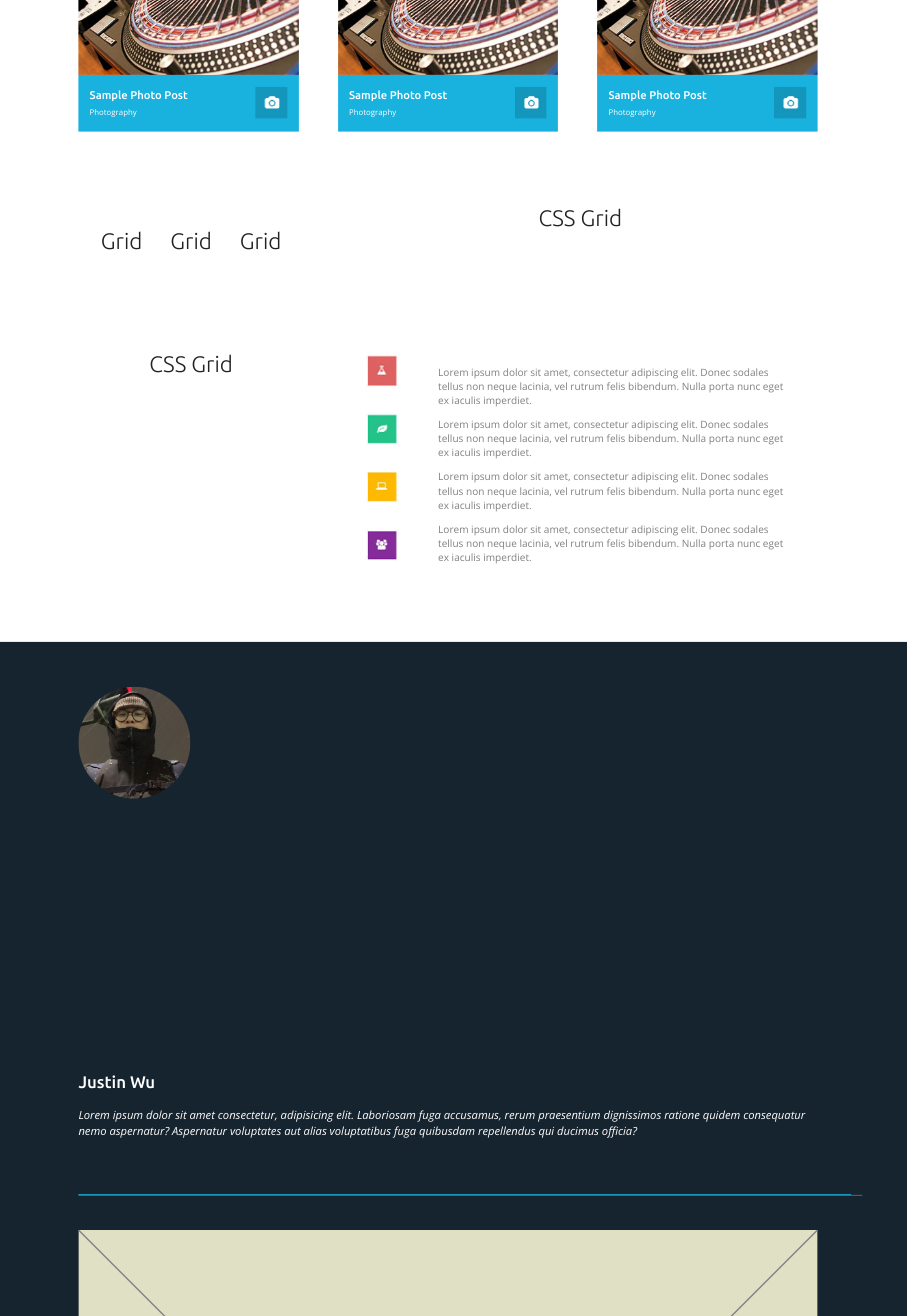
Repository: justinweiyungwu/week4project1v2
Page: cssgrid/index.html
An editor plug-in stored every save of this project. The page is shown before and after the next save, followed by the edit.
The browser window is 1280 px wide. The page is 1296 px wide, so the pictures cover 1296 px, including what lies to the right of the window. The pictures show the part of the page from y = 2050 to 3930 px (the page is 11588 px tall before and 11714 px after), at 70% of full size.

Above is the page before, as saved 2023-02-03 16:11:57.

### cssgrid/index.html
<!doctype html>
<html class="no-js" lang="en">

<head>
    <meta charset="utf-8">
    <title>Metrolics: Justin, Kyle, Jacob</title>
    <meta name="description" content="">
    <meta name="viewport" content="width=device-width, initial-scale=1">

    <link rel="manifest" href="site.webmanifest">
    <link rel="apple-touch-icon" href="icon.png">
    <!-- Place favicon.ico in the root directory -->

    <!-- Google Fonts used in Metrolics layout -->
    <link rel="preconnect" href="https://fonts.googleapis.com">
    <link rel="preconnect" href="https://fonts.gstatic.com" crossorigin>
    <link
        href="https://fonts.googleapis.com/css2?family=Open+Sans:ital,wght@0,400;0,700;1,400&family=Ubuntu:ital,wght@0,300;0,500;1,300&display=swap"
        rel="stylesheet">

    <link rel="stylesheet" href="css/normalize.css">
    <link rel="stylesheet" href="css/main.css">

    <meta name="theme-color" content="#fafafa">
</head>

<body>
    <header>
        <div class="navbar">
            <div class="item1">
                <h1>Metrolics</h1>
            </div>
            <div class="item2">
                <img class="menu" src="img/burger.png" alt="menu">
            </div>


        </div>


    </header>
    <div class="top row-col-container">
        <div class="row">
            <div class="col">
                <h1 class="top-rol-col-text">Hello guys!
                    This is the Metrolics theme. It sports a responsive layout with a mobile layout.
                </h1>
            </div>
        </div>
    </div>
    <div class="s-hide m-hide">
        <div class="row">
            <div class="col">
                <h1>CSS Grid</h1>
            </div>
        </div>
    </div>
    <div class="top title-container">
        <h1 class="top-title">Things That We Do</h1>
        <p>Ask us what we can do for you</p>
    </div>
    <div class="middle row-col-container">
        <div class="row m-col-2 l-col-4">
            <div class="col">

                <img src="img/Web-Solution-Icon.png" alt="">
            </div>
            <div class="col">
                <img src="img/Photography-Icon.png" alt="">
            </div>
            <div class="col">
                <img src="img/Web-Development-Icon.png" alt="">
            </div>
            <div class="col">
                <img src="img/Web-Design-Icon.png" alt="">
            </div>
        </div>
    </div>

    <div class="title-container">
        <h1 class="middle-title">What's Up Lately?</h1>
        <p>Read up on our latest work</p>
    </div>

<div class="row m-col-2 l-col-3">
    <div class="sml-photo col">
        <img src="img/Dj-Deck.png" alt="image">
        <div class="row-bottom-col">
            <div class="left-text">
                <h2>Sample Photo Post</h2>
                <p>Photography</p>
            </div>
            <div class="right-box">
                <img src="img/camera.png" alt="image">
            </div>
        </div>
    </div>
    <div class="sml-photo col">
        <img src="img/Dj-Deck.png" alt="image">
        <div class="row-bottom-col">
            <div class="left-text">
                <h2>Sample Photo Post</h2>
                <p>Photography</p>
            </div>
            <div class="right-box">
                <img src="img/camera.png" alt="image">
            </div>
        </div>
    </div>
    <div class="sml-photo col">
        <img src="img/Dj-Deck.png" alt="image">
        <div class="row-bottom-col">
            <div class="left-text">
                <h2>Sample Photo Post</h2>
                <p>Photography</p>
            </div>
            <div class="right-box">
                <img src="img/camera.png" alt="image">
            </div>
        </div>
    </div>

    <div class="sml-photo mission col">
        <img src="img/mission.jpg" alt="image">
        <div class="row-bottom-col">
            <div class="left-text">
                <h2>Sample Photo Post</h2>
                <p>Photography</p>
            </div>
            <div class="right-box">
                <img src="img/camera.png" alt="image">
            </div>
        </div>
    </div>
</div>
        <div class="title-container">
            <h1>Our Latest Projects</h1>
            <p>Cilent happy? We are happy.</p>
        </div>

    <div class="row m-col-2 l-col-3">
    <div class="sml-photo col">
        <img src="img/Dj-Deck.png" alt="image">
        <div class="row-bottom-col">
            <div class="left-text">
                <h2>Sample Photo Post</h2>
                <p>Photography</p>
            </div>
            <div class="right-box">
                <img src="img/camera.png" alt="image">
            </div>
        </div>
    </div>
    <div class="sml-photo col">
        <img src="img/Dj-Deck.png" alt="image">
        <div class="row-bottom-col">
            <div class="left-text">
                <h2>Sample Photo Post</h2>
                <p>Photography</p>
            </div>
            <div class="right-box">
                <img class="icon" src="img/camera.png" alt="image">
            </div>
        </div>
    </div>


    <div class="sml-photo col">
        <img src="img/Dj-Deck.png" alt="image">
        <div class="row-bottom-col">
            <div class="left-text">
                <h2>Sample Photo Post</h2>
                <p>Photography</p>
            </div>
            <div class="right-box">
                <img src="img/camera.png" alt="image">
            </div>
        </div>
    </div>


    <div class="sml-photo col">
        <img src="img/Dj-Deck.png" alt="image">
        <div class="row-bottom-col">
            <div class="left-text">
                <h2>Sample Photo Post</h2>
                <p>Photography </p>
            </div>
            <div class="right-box">
                <img src="img/camera.png" alt="image">
            </div>
        </div>
    </div>



    <div class="sml-photo col">
        <img src="img/Dj-Deck.png" alt="image">
        <div class="row-bottom-col">
            <div class="left-text">
                <h2>Sample Photo Post</h2>
                <p>Photography</p>
            </div>
            <div class="right-box">
                <img src="img/camera.png" alt="image">
            </div>
        </div>
    </div>
    <div class="sml-photo col">
        <img src="img/Dj-Deck.png" alt="image">
        <div class="row-bottom-col">
            <div class="left-text">
                <h2>Sample Photo Post</h2>
                <p>Photography</p>
            </div>
            <div class="right-box">
                <img src="img/camera.png" alt="image">
            </div>
        </div>
    </div>
    </div>
    </div>
</div>


    <div class="bottom">
        <div class="row m-col-3 l-col-2">
            <div class="col m-row-span">
                <div class="grid m-col-3">
                    <div class="col">
                        <h1>Grid</h1>
                    </div>
                    <div class="col">
                        <h1>Grid</h1>
                    </div>
                    <div class="col">
                        <h1>Grid</h1>
                    </div>

                </div>
            </div>
            <div class="col">
                <h1>CSS Grid</h1>
            </div>
            <div class="col">
                <h1>CSS Grid</h1>
            </div>
            <div class="row-bottom grid-container">
                <div class="row m-col-3 l-col-2 ">
                    <div class="bottom-icons col">
                        <img src="img/Potion-Icon.png">
                        <img src="img/Leaf-Icon.png">
                        <img src="img/Computer-Icon.png">
                        <img src="img/People-Icon.png">
                    </div>
                    <div class="bottom-text col">
                        <p>Lorem ipsum dolor sit amet, consectetur adipiscing elit. Donec sodales tellus non neque lacinia, vel rutrum felis bibendum. Nulla porta nunc eget ex iaculis imperdiet.</p>
                        <p>Lorem ipsum dolor sit amet, consectetur adipiscing elit. Donec sodales tellus non neque lacinia, vel rutrum felis bibendum. Nulla porta nunc eget ex iaculis imperdiet.</p>
                        <p>Lorem ipsum dolor sit amet, consectetur adipiscing elit. Donec sodales tellus non neque lacinia, vel rutrum felis bibendum. Nulla porta nunc eget ex iaculis imperdiet.</p>
                        <p>Lorem ipsum dolor sit amet, consectetur adipiscing elit. Donec sodales tellus non neque lacinia, vel rutrum felis bibendum. Nulla porta nunc eget ex iaculis imperdiet.</p>
                    </div>
            </div>
        </div>
    </div>
    <footer>
        <div class="footer-grid-container">
            <div class="top-footer-image row">
                <div class="top-footer col">
                    <img class="footer-image" src="img/me.jpg" alt="image">
                </div>
            </div>
            <div class="top-footer-info row">
                <div class="top-footer col">
                    <h2>Justin Wu</h2>
                    <p>Lorem ipsum dolor sit amet consectetur, adipisicing elit.
                        Laboriosam fuga accusamus, rerum praesentium dignissimos ratione quidem consequatur nemo
                        aspernatur? Aspernatur voluptates aut alias voluptatibus fuga quibusdam repellendus qui ducimus
                        officia?</p>
                </div>
            </div>
        </div>
        <hr class="top-footer border">
        <hr class="top-footer border1">
        <div class="mid-footer row">
            <div class="mid-footer col">
                <img src="placeholder.svg" alt="">
                <img src="placeholder.svg" alt="">
                <img src="placeholder.svg" alt="">
                <img src="placeholder.svg" alt="">
                <img src="placeholder.svg" alt="">
            </div>
            <div class="mid-footer col">
                <h2>Recent Tweets</h2>
                <hr class="title-border">
            </div>
            <div class="grid-container two">
                <div class="bottom-footer row">
                    <div class="bottom-footer col">
                        <img src="placeholder.svg" alt="">
                        <img src="placeholder.svg" alt="">
                    </div>
                </div>
                <div class="bottom-footer row">
                    <div class="bottom-footer col">
                        <p>Lorem ipsum dolor sit amet consectetur adipisicing elit. Provident fuga ad cum beatae,
                            eveniet hic incidunt commodi aperiam eligendi alias adipisci delectus quas quaerat sunt
                            accusantium dignissimos id esse possimus.</p>
                        <p>Lorem ipsum dolor sit amet consectetur adipisicing elit. Provident fuga ad cum beatae,
                            eveniet hic incidunt commodi aperiam eligendi alias adipisci delectus quas quaerat sunt
                            accusantium dignissimos id esse possimus.</p>
                    </div>
                </div>
            </div>
        </div>
    </footer>
    <script src="js/vendor/modernizr-3.11.2.min.js"></script>
    <script src="js/plugins.js"></script>
    <script src="js/main.js"></script>

</body>

</html>

### cssgrid/css/main.css
/* ==========================================================================
    [Table of contents]

    1. BASE
        1.1 Page Rendering Defaults
        1.2 Core Styling
        1.3 Typography
    2. LAYOUT
        2.1 Core Layout
        2.2 Small only
        2.3 medium and up
        2.4 Medium only
        2.5 large screens and up
        2.6 Large only
    3. MODULES
    4. STATES
    5. THEME
    6. UTILITY classes
    7. PRINT

    refer to http://smacss.com/
    ========================================================================== */


/* ==========================================================================
   BASE
   ========================================================================== */


/* 1.1 Page Rendering Defaults */

html {
    color: #222;
    font-size: 1em;
    line-height: 1.4;

}

::-moz-selection {
    background: #b3d4fc;
    text-shadow: none;
}

::selection {
    background: #b3d4fc;
    text-shadow: none;
}

hr {
    display: block;
    height: 1px;
    border: 0;
    border-top: 1px solid #ccc;
    margin: 1em 0;
    padding: 0;
}

audio,
canvas,
iframe,
img,
svg,
video {
    vertical-align: middle;
}

fieldset {
    border: 0;
    margin: 0;
    padding: 0;
}

textarea {
    resize: vertical;
}


/* 1.2 Core Styling */


/* refer to https://css-tricks.com/box-sizing/ */

*,
*:before,
*:after {
    box-sizing: border-box;
}
.bottom-icons{
display: grid;
grid-gap: 1rem;
width: 5rem;

}

img {
    width: 100%;
}


/* 1.3 Typgraphy */

h1,
h2,
h3,
h4,
h5,
h6 {
    font-family: Ubuntu, sans-serif;
    font-weight: 300;
    text-align: center;
}

p {
    font-family: 'Open Sans', Arial, Helvetica, sans-serif;
}
.title-container p {
    font-size: 0.9em;
    color: gray;
}

.left-text h2{
    font-size: 20px;
    font-weight: 500;
    color: #fff;
}
.left-text p{
    font-size: 14px;
    font-weight: 400;
    color: #fff;
}


.top-footer-info p {
    font-style: italic;
}
.top-footer-info h2 {
    text-align: left;
    font-weight: 400;
}
.border {
    border-color: gray;
    position: relative;
    right: -1em;
    margin-left: 9em;
    z-index: 1;

}

.border1 {
border-color: #19b2de;
margin-top: -1.2em;
margin-left: 3em;
border-width: 2px;
z-index: 2;


}
.title-border {
    border-color: red;
}

.mid-footer h2{
     text-align: left;

}

/* ==========================================================================
   2. LAYOUT
   ========================================================================== */
.menu
{
    min-width: 3em;
    max-width: 3em;
}

/* Helper to display empty layout containers*/

div,
main,
section,
footer,
header {

    min-height: 1rem;
    padding: 1rem;
}



/* 2.1 Core layout */
.row-bottom-row{
    display: grid;
    flex-direction: row;
}
.row-bottom {
    grid-template-columns: 1fr 3fr;
}
.bottom-text{
   font-size: 0.9em;
   color: gray;
}
.row {
    display: grid;
    row-gap: 1rem;
}

.col {
    position: relative;
    background-color: rgb(255, 255, 255);
    object-fit: fill;
}
.top {
    margin-top: -4em;
    margin-bottom: -2em;
}
.title-container {
    display: grid;
text-align: center;
justify-content: center;
line-height: 0.7em;
}

.navbar {
    display: grid;
    align-items: center;
  grid-template-columns: 3fr 1fr;
  gap: 4em;

}
/*photo box*/

.sml-photo img{
    max-height: 15em;
    object-fit: cover;
}
.row-bottom-col {
    display: grid;
    grid-template-columns: 3fr 1fr;
    background-color: #19b2de;
    padding: 0%;
}

.left-text {
    display: flex;
    flex-wrap: wrap;
    align-items: flex-start;
    flex-direction: column;
line-height: 0em;
min-width: 90%;
}
.right-box {
   max-width: 6em;
}

/*end*/

/*footer*/

footer {
 display: grid;
 justify-content: center;
    background-color: #16242f;
    margin: 2em -2em -2em -2em;
    padding: 1em;
}
.footer-grid-container{
    align-items: flex-start;
    justify-content: center;
}
.top-footer-image {
    padding-bottom: 20em;
}


.footer-image {

    object-fit: cover;
    border-radius: 50%;
    min-width: 10em;
    min-height: 10em;
    max-height: 10em;
    max-width: 10em;

}
.top-footer, .mid-footer, .bottom-footer{
 background-color: #16242f;
 color: #fff;
}
/*end*/

/* 2.2 Small only */

@media screen and (max-width: 39.9375em) {

    body {
        padding: 2em;
    }
    .s-hide {
        display: none;

    }



 .grid-container {
    display: grid;
 }



       .bottom {
        display: none;
       }
     .footer-grid-container {
        display: grid;
        grid-template-columns: 0fr 1fr;
        margin-bottom: 2em;

     }
     .two {
        margin-bottom: 8rem;

     }
    }



/* 2.3 medium and up */

@media screen and (min-width: 40em) {
    .row {
        max-width: 70rem;
        column-gap: 1.5rem;
        row-gap: 1.5rem;
        margin: 0 auto;
    }
    .grid {
        display: grid;
        column-gap: 0.5rem;
        row-gap: 0.5rem;
    }
    .title-container {
        max-width: 100%;
    }
    .m-col-2 {
        grid-template-columns: 1fr 1fr;
    }
    .m-col-3 {
        grid-template-columns: repeat(3, 1fr);
    }
    .m-col-4 {
        grid-template-columns: repeat(4, 1fr);
    }
    .m-col-5 {
        grid-template-columns: repeat(5, 1fr);
    }
    .m-1-2 {
        grid-template-columns: 1fr 2fr;
    }
}


/* 2.4 Medium only */

@media screen and (min-width: 40em) and (max-width: 63.9375em) {
    .m-row-span {
        grid-column-start: 1;
        grid-column-end: -1;
    }
    .m-hide {
        display: none;
    }

}


/* 2.5 large screens and up 2.6 Large only */

@media screen and (min-width: 64em) {
    .l-col-2 {
        grid-template-columns: 1fr 7fr;    }
    .l-col-3 {
        grid-template-columns: repeat(3, 1fr);
    }
    .l-col-4 {
        grid-template-columns: repeat(4, 1fr);
    }
    .l-col-5 {
        grid-template-columns: repeat(5, 1fr);
    }
    .l-col-6 {
        grid-template-columns: repeat(6, 1fr);
    }
    .l-row-span {
        grid-column-start: 1;
        grid-column-end: -1;
    }
    .l-hide {
        display: none;
    }
    .left-text h2 {
        font-size: 1em;
    }
    .left-text p {
        font-size: 0.7em;
    }
    .mission {
        display: none;
    }

}


/* ==========================================================================
   2. MODULES
   ========================================================================== */


/* ==========================================================================
   2. STATES
   ========================================================================== */


/* ==========================================================================
   5. THEME
   ========================================================================== */



/* ==========================================================================
   6. UTILITY classes
   ========================================================================== */


/*
 * Hide visually and from screen readers
 */

.hidden,
[hidden] {
    display: none !important;
}


/*
 * Hide only visually, but have it available for screen readers:
 * https://snook.ca/archives/html_and_css/hiding-content-for-accessibility
 *
 * 1. For long content, line feeds are not interpreted as spaces and small width
 *    causes content to wrap 1 word per line:
 *    https://medium.com/@jessebeach/beware-smushed-off-screen-accessible-text-5952a4c2cbfe
 */

.sr-only {
    border: 0;
    clip: rect(0, 0, 0, 0);
    height: 1px;
    margin: -1px;
    overflow: hidden;
    padding: 0;
    position: absolute;
    white-space: nowrap;
    width: 1px;
    /* 1 */
}


/*
 * Extends the .sr-only class to allow the element
 * to be focusable when navigated to via the keyboard:
 * https://www.drupal.org/node/897638
 */

.sr-only.focusable:active,
.sr-only.focusable:focus {
    clip: auto;
    height: auto;
    margin: 0;
    overflow: visible;
    position: static;
    white-space: inherit;
    width: auto;
}


/*
 * Hide visually and from screen readers, but maintain layout
 */

.invisible {
    visibility: hidden;
}


/*
 * Clearfix: contain floats
 *
 * For modern browsers
 * 1. The space content is one way to avoid an Opera bug when the
 *    `contenteditable` attribute is included anywhere else in the document.
 *    Otherwise it causes space to appear at the top and bottom of elements
 *    that receive the `clearfix` class.
 * 2. The use of `table` rather than `block` is only necessary if using
 *    `:before` to contain the top-margins of child elements.
 */

.clearfix::before,
.clearfix::after {
    content: " ";
    display: table;
}

.clearfix::after {
    clear: both;
}

@media print,
(-webkit-min-device-pixel-ratio: 1.25),
(min-resolution: 1.25dppx),
(min-resolution: 120dpi) {
    /* Style adjustments for high resolution devices */
}


/* ==========================================================================
   7. PRINT  styles.
   Inlined to avoid the additional HTTP request:
   https://www.phpied.com/delay-loading-your-print-css/
   ========================================================================== */

@media print {
    *,
    *::before,
    *::after {
        background: #fff !important;
        color: #000 !important;
        /* Black prints faster */
        box-shadow: none !important;
        text-shadow: none !important;
    }
    a,
    a:visited {
        text-decoration: underline;
    }
    a[href]::after {
        content: " (" attr(href) ")";
    }
    abbr[title]::after {
        content: " (" attr(title) ")";
    }
    /*
   * Don't show links that are fragment identifiers,
   * or use the `javascript:` pseudo protocol
   */
    a[href^="#"]::after,
    a[href^="javascript:"]::after {
        content: "";
    }
    pre {
        white-space: pre-wrap !important;
    }
    pre,
    blockquote {
        border: 1px solid #999;
        page-break-inside: avoid;
    }
    /*
   * Printing Tables:
   * https://web.archive.org/web/20180815150934/http://css-discuss.incutio.com/wiki/Printing_Tables
   */
    thead {
        display: table-header-group;
    }
    tr,
    img {
        page-break-inside: avoid;
    }
    p,
    h2,
    h3 {
        orphans: 3;
        widows: 3;
    }
    h2,
    h3 {
        page-break-after: avoid;
    }
}

### cssgrid/js/plugins.js
// Avoid `console` errors in browsers that lack a console.
(function() {
  var method;
  var noop = function () {};
  var methods = [
    'assert', 'clear', 'count', 'debug', 'dir', 'dirxml', 'error',
    'exception', 'group', 'groupCollapsed', 'groupEnd', 'info', 'log',
    'markTimeline', 'profile', 'profileEnd', 'table', 'time', 'timeEnd',
    'timeline', 'timelineEnd', 'timeStamp', 'trace', 'warn'
  ];
  var length = methods.length;
  var console = (window.console = window.console || {});

  while (length--) {
    method = methods[length];

    // Only stub undefined methods.
    if (!console[method]) {
      console[method] = noop;
    }
  }
}());

// Place any jQuery/helper plugins in here.

Loaded but not shown: cssgrid/css/normalize.css (library); cssgrid/js/vendor/modernizr-3.11.2.min.js (library); cssgrid/js/main.js (no stored copy; drawn as an empty file)

After the next save:
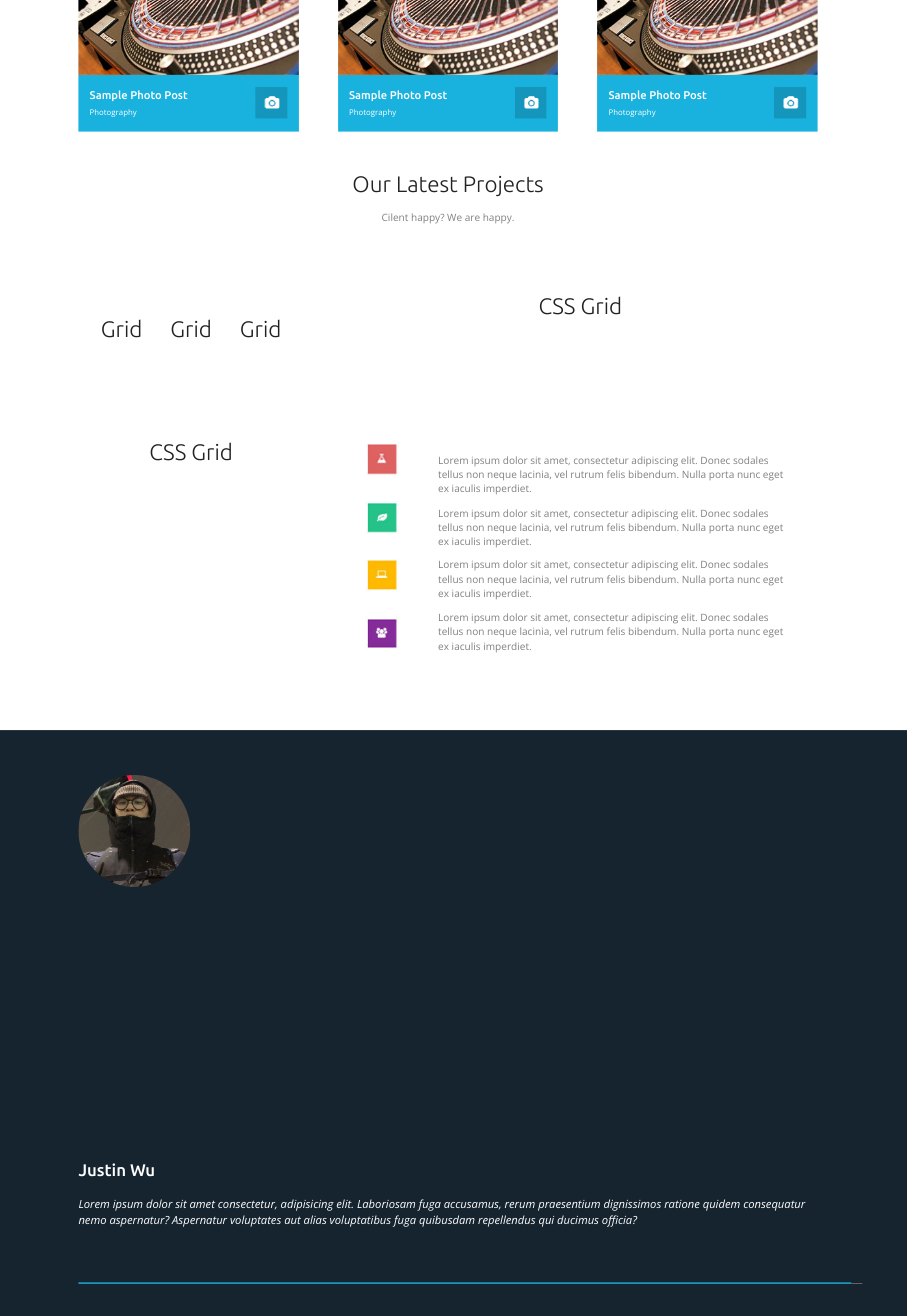
Saved 5 min 30 s later.
--- a/cssgrid/index.html
+++ b/cssgrid/index.html
@@ -222,7 +222,10 @@
     </div>
 </div>
 
-
+<div class="title-container">
+    <h1>Our Latest Projects</h1>
+    <p>Cilent happy? We are happy.</p>
+</div>
     <div class="bottom">
         <div class="row m-col-3 l-col-2">
             <div class="col m-row-span">
